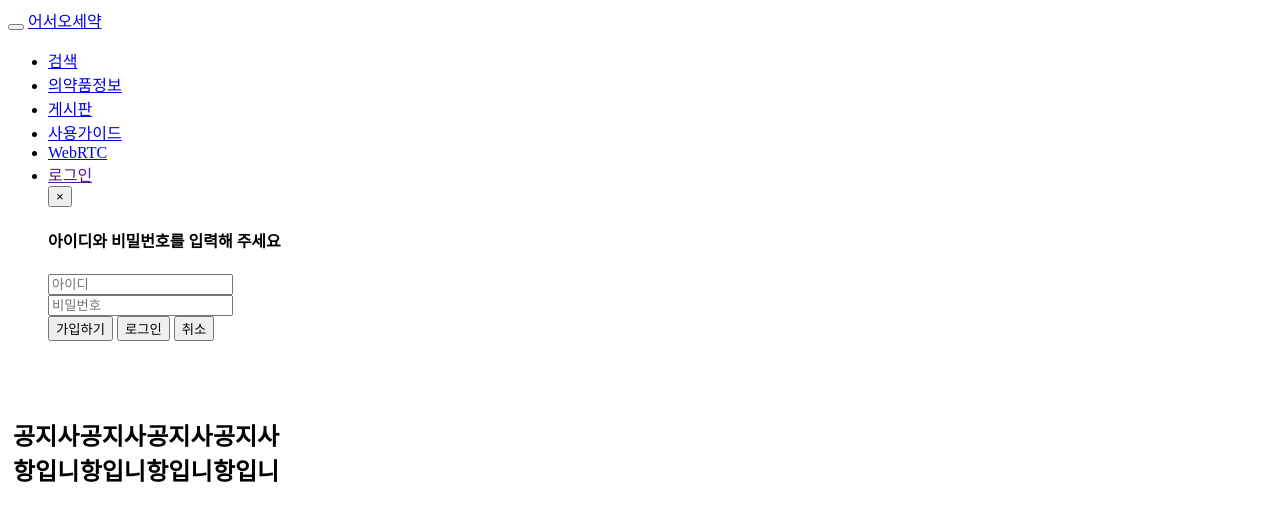
Repository: letzbegin/Study
Page: http://localhost/portfolio/WEB-INF/views/include/header.jsp
The author's editor kept a copy of each file at every save. The page is drawn from the files as they stood at one save, then again after the next save.
The browser window is 1280 px wide. The pictures show the whole page.
The page is served by Tomcat 9. Nobody is signed in. Other server files are loaded and not shown. The template is opened directly, without the code that normally fills it, so the values that code supplies are empty.

Above is the page before, as saved 2018-10-16 04:13:55.
Console error: ReferenceError: $ is not defined

### pol/portfolio/src/main/webapp/WEB-INF/views/include/header.jsp
<%@ page language="java" contentType="text/html; charset=UTF-8"
	pageEncoding="UTF-8"%>
<%@ taglib uri="http://java.sun.com/jsp/jstl/core" prefix="c"%>
<!DOCTYPE html>
<html>
<head>
<meta http-equiv="Content-Type" content="text/html; charset=UTF-8">
<title>Insert title here</title>
</head>
<style type="text/css">
.rolling_panel {
	position: relative;
	width: 100%;
	height: 100px;
	margin: 0 auto;
	padding: 0;
	overflow: hidden;
}

.rolling_panel ul {
	position: absolute;
	margin: 5px;
	padding: 0;
	list-style: none;
}

.rolling_panel ul li {
	float: left;
	width: 10%;
	height: 100px;
}
</style>

<body>
	<nav class="navbar navbar-default navbar-fixed-top">
		<div class="container">
			<div class="navbar-header">
				<button type="button" class="navbar-toggle" data-toggle="collapse"
					data-target="#myNavbar">
					<span class="icon-bar"></span> <span class="icon-bar"></span> <span
						class="icon-bar"></span>
				</button>
				<a class="navbar-brand" href="home">어서오세약</a>
			</div>
			<div class="collapse navbar-collapse" id="myNavbar">
				<ul class="nav navbar-nav navbar-right">
					<li><a href="search">검색</a></li>
					<li><a href="pillnon">의약품정보</a></li>
					<li><a href="list.bo">게시판</a></li>
					<li><a href="guide">사용가이드</a></li>
					<li><a href="webrtc">WebRTC</a></li>
					<li>
						<c:if test="${!empty login_info }">
						<a id="login_tl" href="" onclick="go_logout()">${login_info.name }</a>
						</c:if>
						<c:if test="${empty login_info }">
							<a id="login_tl" data-toggle="modal" href=""
								data-target="#myModal">로그인</a>
							<!-- Modal -->
							<div class="modal fade" id="myModal" role="dialog">
								<div class="modal-dialog">
									<!-- Modal content-->
									<div class="modal-content">
										<div class="modal-header">
											<button type="button" class="close" data-dismiss="modal">&times;</button>
											<h4 class="modal-title">아이디와 비밀번호를 입력해 주세요</h4>
										</div>
										<div class="modal-body">
											<div class="input-group">
												<span class="input-group-addon"><i
													class="glyphicon glyphicon-user"></i></span> <input id="userid"
													type="text" class="form-control" name="userid"
													placeholder="아이디">
											</div>
											<div class="input-group">
												<span class="input-group-addon"><i
													class="glyphicon glyphicon-lock"></i></span> <input id="userpwd"
													type="password" class="form-control" name="userpwd"
													placeholder="비밀번호">
											</div>
										</div>
										<div class="modal-footer">
											<button type="button" class="btn btn-default"
												data-dismiss="modal" onclick="location='member'">가입하기</button>
											<button type="button" class="btn btn-default"
												data-dismiss="modal" onclick="go_Login()">로그인</button>
											<button type="button" class="btn btn-default"
												data-dismiss="modal">취소</button>
										</div>
									</div>
								</div>
							</div>
						</c:if></li>
				</ul>
			</div>
		</div>
	</nav>

	<div class="jumbotron text-center"
		style="margin-bottom: 0; padding: 0;">
		<br> <br>
		<div class="rolling_panel">

			<ul>
				<li><h2>공지사항입니다1</h2></li>
				<li><h2>공지사항입니다2</h2></li>
				<li><h2>공지사항입니다3</h2></li>
				<li><h2>공지사항입니다4</h2></li>
			</ul>
		</div>
		<a href="javascript:void(0)" id="prev"><span
			class="glyphicon glyphicon-triangle-left"></span></a> <a
			href="javascript:void(0)" id="next"><span
			class="glyphicon glyphicon-triangle-right"></span></a>
	</div>

</body>
<script type="text/javascript">
	$(document).ready(function() {

		var $panel = $(".rolling_panel").find("ul");

		var itemWidth = $panel.children().outerWidth(); // 아이템 가로 길이
		var itemLength = $panel.children().length; // 아이템 수

		// Auto 롤링 아이디
		var rollingId;

		auto();

		// 배너 마우스 오버 이벤트
		$panel.mouseover(function() {
			clearInterval(rollingId);
		});

		// 배너 마우스 아웃 이벤트
		$panel.mouseout(function() {
			auto();
		});

		// 이전 이벤트
		$("#prev").on("click", prev);

		$("#prev").mouseover(function(e) {
			clearInterval(rollingId);
		});

		$("#prev").mouseout(auto);

		// 다음 이벤트
		$("#next").on("click", next);

		$("#next").mouseover(function(e) {
			clearInterval(rollingId);
		});

		$("#next").mouseout(auto);

		function auto() {

			// 2초마다 start 호출
			rollingId = setInterval(function() {
				start();
			}, 2000);
		}

		function start() {
			$panel.css("width", itemWidth * itemLength);
			$panel.animate({
				"left" : -itemWidth + "px"
			}, function() {

				// 첫번째 아이템을 마지막에 추가하기
				$(this).append("<li>" + $(this).find("li:first").html() + "</li>");

				// 첫번째 아이템을 삭제하기
				$(this).find("li:first").remove();

				// 좌측 패널 수치 초기화
				$(this).css("left", 0);
			});
		}

		// 이전 이벤트 실행
		function prev(e) {
			$panel.css("left", -itemWidth);
			$panel.prepend("<li>" + $panel.find("li:last").html() + "</li>");
			$panel.animate({
				"left" : "0px"
			}, function() {
				$(this).find("li:last").remove();
			});
		}

		// 다음 이벤트 실행
		function next(e) {
			$panel.animate({
				"left" : -itemWidth + "px"
			}, function() {
				$(this).append("<li>" + $(this).find("li:first").html() + "</li>");
				$(this).find("li:first").remove();
				$(this).css("left", 0);
			});
		}
	});

	function go_Login() {
		$.ajax({
			url : 'login',
			type : 'post',
			data : {
				userid : $('#userid').val(),
				userpwd : $('#userpwd').val()
			},
			success : function(data) {
				if (data == "fail") {
					alert("아이디 또는 비밀번호가 다릅니다!");
					$('#userid').val('');
					$('#userpwd').val('');
				} else {
					alert("로그인에 성공하셨습니다");
					location.reload();
				}
			},
			error : function(req, textStatus, err) {
				alert(textStatus + "(" + req.status + ") : " + err);
			}
		});
	}

	function go_logout() {
		$.ajax({
			url : 'logout',
			type : 'post',
			success : function() {
				location.reload();
			},
			error : function(req, textStatus, err) {
				alert(textStatus + "(" + req.status + ") : " + err);
			}
		});
	}
</script>
</html>

After the next save:
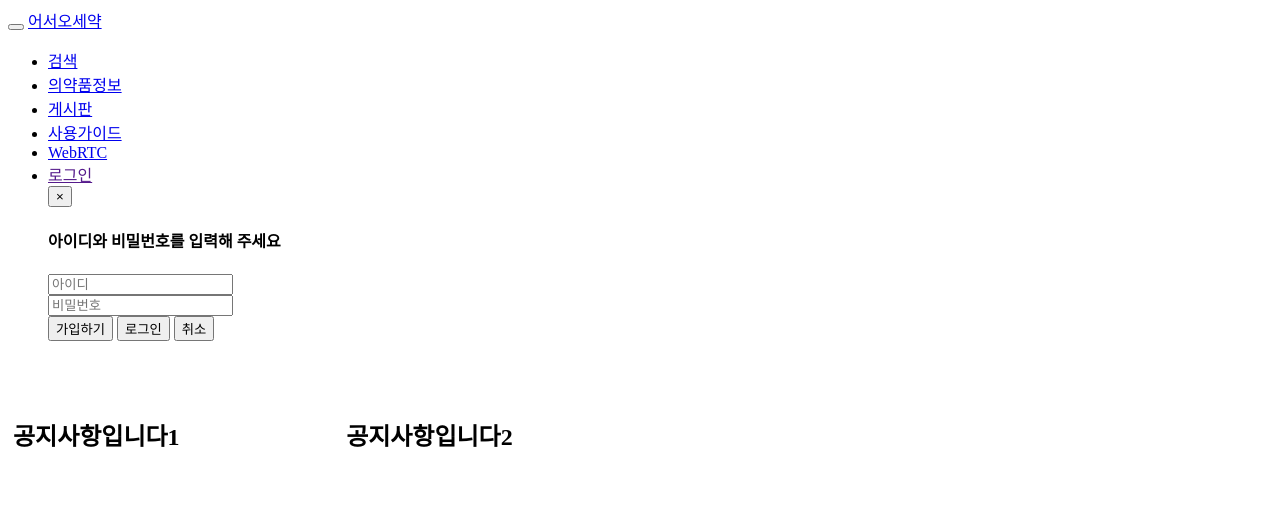
Saved 10 s later.
--- a/pol/portfolio/src/main/webapp/WEB-INF/views/include/header.jsp
+++ b/pol/portfolio/src/main/webapp/WEB-INF/views/include/header.jsp
@@ -26,7 +26,7 @@
 
 .rolling_panel ul li {
 	float: left;
-	width: 10%;
+	width: 50%;
 	height: 100px;
 }
 </style>
